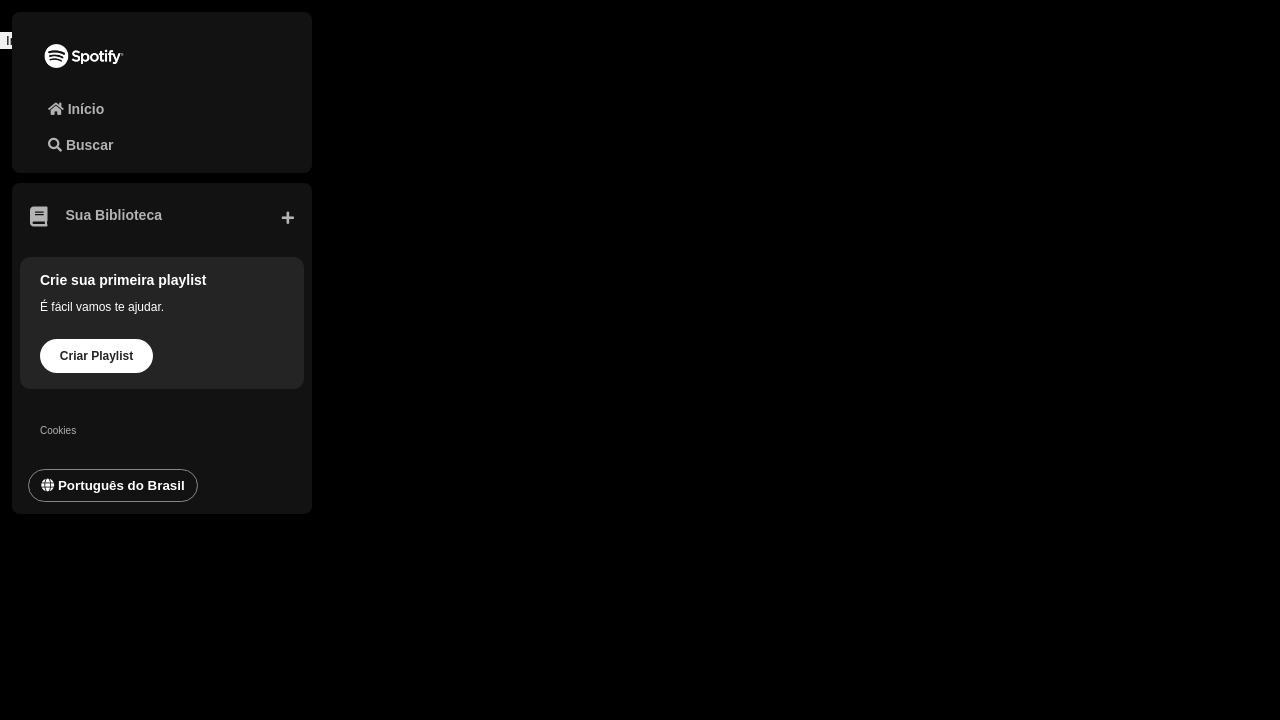
Repository: guilhermecardoso93/spotify-alura
Page: index.html
These files come from the project's save history. The page is drawn as it stood at one moment and after the next save; the edit follows.
The browser window is 1280 px wide. The pictures show the whole page.

Above is the page before, as saved 2024-02-23 18:20:05.

### index.html
<!DOCTYPE html>
<html lang="pt-BR">
  <head>
    <meta charset="UTF-8" />
    <meta name="viewport" content="width=device-width, initial-scale=1.0" />
    <link
      rel="shortcut icon"
      href="./assets/icons/favicon.png"
      type="image/x-icon"
    />
    <link
      rel="stylesheet"
      href="https://use.fontawesome.com/releases/v5.15.4/css/solid.css"
      integrity="sha384-Tv5i09RULyHKMwX0E8wJUqSOaXlyu3SQxORObAI08iUwIalMmN5L6AvlPX2LMoSE"
      crossorigin="anonymous"
    />
    <link
      rel="stylesheet"
      href="https://use.fontawesome.com/releases/v5.15.4/css/fontawesome.css"
      integrity="sha384-jLKHWM3JRmfMU0A5x5AkjWkw/EYfGUAGagvnfryNV3F9VqM98XiIH7VBGVoxVSc7"
      crossorigin="anonymous"
    />
    <link rel="stylesheet" href="./reset.css" />
    <link rel="stylesheet" href="./styles.css" />

    <title>Spotify | Alura</title>
  </head>
  <body>
    <div class="sidebar">
      <nav class="sidebar__navigation">
        <div class="logo">
          <a href="">
            <img src="./assets/icons/logo-spotify.png" alt="Logo" />
          </a>
        </div>
        <ul>
          <li>
            <a href="">
              <span class="fa fa-home"></span>
              <span>Início</span>
            </a>
          </li>
          <li>
            <a href="">
              <span class="fa fa-search"></span>
              <span>Buscar</span>
            </a>
          </li>
        </ul>
      </nav>

      <div class="library">
        <div class="library__content">
          <button class="library__button">
            <span class="fa fas fa-book"></span>
            <span>Sua Biblioteca</span>
          </button>
          <span class="fa fa-plus"></span>
        </div>

        <section class="playlist">
          <div class="playlist__content">
            <span class="text title">Crie sua primeira playlist</span>
            <span class="text subtitle">É fácil vamos te ajudar.</span>
            <button class="playlist__button">
              <span>Criar Playlist</span>
            </button>
          </div>
        </section>

        <div class="cookies">
          <a href="http://">Cookies</a>
        </div>

        <div class="languages">
          <button class="languages__button">
            <span class="fa fa-globe"></span>
            <span>Português do Brasil</span>
          </button>
        </div>
      </div>
    </div>
    <footer class="disclaimer-premium">
      <div class="text">
        <p class="disclaimer-premium__title">Testar o Premium de graça</p>
        <p class="disclaimer-premium__subtitle">
          Inscreva-se para curtir música ilimitada e podcasts só com alguns
          anúncios. Não precisa de cartão de crédito.
        </p>
      </div>
      <div class="button">
        <button type="button">Inscreva-se grátis</button>
      </div>
    </footer>
  </body>
</html>

### styles.css
body {
  background-color: #000;
  font-family: "DM Sans", sans-serif;
}

.sidebar {
  position: fixed;
  top: 0;
  left: 0;
  bottom: 0;
  padding: 12px;
  width: 300px;
}

.sidebar__navigation {
  background-color: #121212;
  border-radius: 8px;
  padding: 16px 0 0 16px;
}

.logo {
  background: #121212;
  display: flex;
  border-radius: 8px;
  padding: 16px 0 0 16px;
}

.sidebar__navigation .logo img {
  width: 80px;
}

.sidebar nav ul {
  margin-top: 20px;
  padding: 0 20px 10px 20px;
}

.sidebar ul li {
  padding: 10px 0;
}

.sidebar nav ul li a {
  color: #b3b3b3;
  text-decoration: none;
  font-weight: 600;
  font-size: 14px;

  gap: 20px;
}

.library {
  background-color: #121212;
  border-radius: 8px;
  display: flex;
  justify-content: space-between;
  flex-direction: column;
  padding: 4px 8px;
  color: #b3b3b3;
  font-weight: 600;
  font-size: 14px;
  margin-top: 10px;
}

.library .library__content {
  display: flex;
  justify-content: space-between;
}

.library .library__button {
  display: flex;
  margin-right: 10px;
  padding: 20px 10px;

  color: #b3b3b3;
  background-color: transparent;
  border: 0px;
  font-size: 14px;
  font-weight: 700;
  font-family: "DM Sans", sans-serif;
  text-align: center;
  text-decoration: none;
  text-transform: none;
}

.library .library__button .fa {
  font-size: 20px;
  font-weight: 300;
  color: #b3b3b3;
  margin-right: 10px;
  padding-right: 8px;
}

.library .library__content .fa-plus {
  margin: 24px 10px;
}

.playlist {
  display: flex;
  align-items: flex-start;
  justify-content: space-between;
  gap: 20px;
  margin: 8px 0;
  padding: 16px 20px;

  background-color: #242424;
  color: #b3b3b3;
  font-weight: 600;
  font-size: 14px;
  border-radius: 10px;
}

.playlist .playlist__content {
  display: flex;
  flex-direction: column;
}

.playlist .playlist__content .text {
  padding-bottom: 14px;
  color: #fff;
}

.playlist .playlist__content .title {
  font-weight: 700;
}

.playlist .playlist__content .subtitle {
  font-weight: 500;
  font-size: 12px;
}

.playlist .playlist__content .playlist__button {
  display: flex;
  justify-content: center;
  padding: 10px;
  margin-top: 12px;
  width: 113px;

  background-color: #fff;
  color: #242424;
  border-radius: 20px;
  font-size: 12px;
  font-weight: 700;
  font-family: "DM Sans", sans-serif;
  text-decoration: none;
  text-transform: none;
  border: 0;
}

.sidebar .cookies {
  margin: 25px 20px;
}

.sidebar .cookies a {
  color: #b3b3b3;
  font-family: "DM Sans", sans-serif;
  font-weight: 500;
  font-size: 10px;
  text-decoration: none;
}

.sidebar .cookies a:hover {
  text-decoration: underline;
}

.languages .languages__button {
  align-items: center;
  background-color: transparent;
  border: 1px solid #878787;
  color: #fff;
  font-weight: bold;
  cursor: pointer;
  width: 170px;
  margin: 8px;
  padding: 8px;
  border-radius: 20px;
}

Loaded but not shown: reset.css (common file)

After the next save:
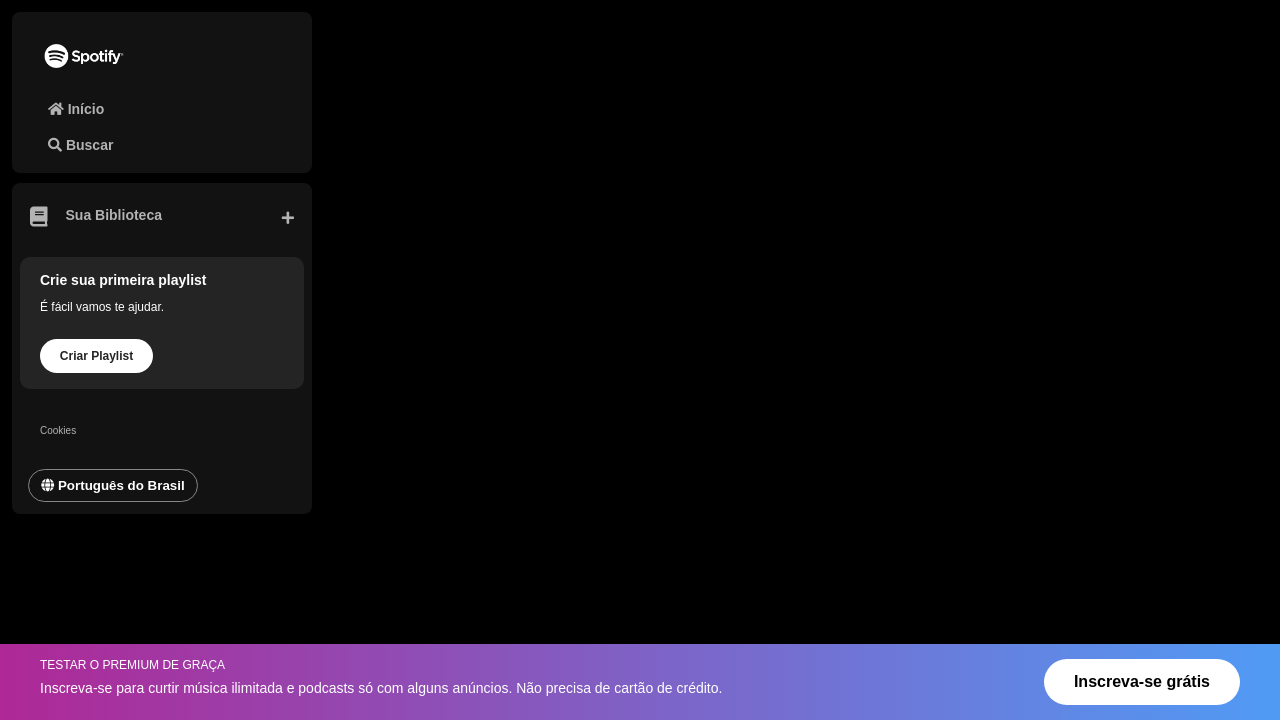
Saved 4 s later.
--- a/styles.css
+++ b/styles.css
@@ -173,3 +173,42 @@
   padding: 8px;
   border-radius: 20px;
 }
+
+.disclaimer-premium {
+  position: fixed;
+  bottom: 0;
+  left: 0;
+  right: 0;
+  background: linear-gradient(to right, #ae2896, #509bf5);
+  padding: 15px 40px;
+  display: flex;
+  justify-content: space-between;
+}
+.disclaimer-premium .text {
+ flex-shrink: 0;
+}
+.disclaimer-premium .disclaimer-premium__title {
+  color: #ffffff;
+  text-transform: uppercase;
+  font-weight: 400;
+  font-size: 12px;
+  margin-bottom: 10px;
+}
+
+.disclaimer-premium .disclaimer-premium__subtitle {
+  color: #ffffff;
+  font-size: 14px;
+  font-weight: 500;
+}
+
+.disclaimer-premium button {
+  background-color: #ffffff;
+  color: #000000;
+  font-size: 16px;
+  font-weight: bold;
+  padding: 14px 30px;
+  border: 0px;
+  border-radius: 40px;
+  cursor: pointer;
+  flex-shrink: 0;
+}
